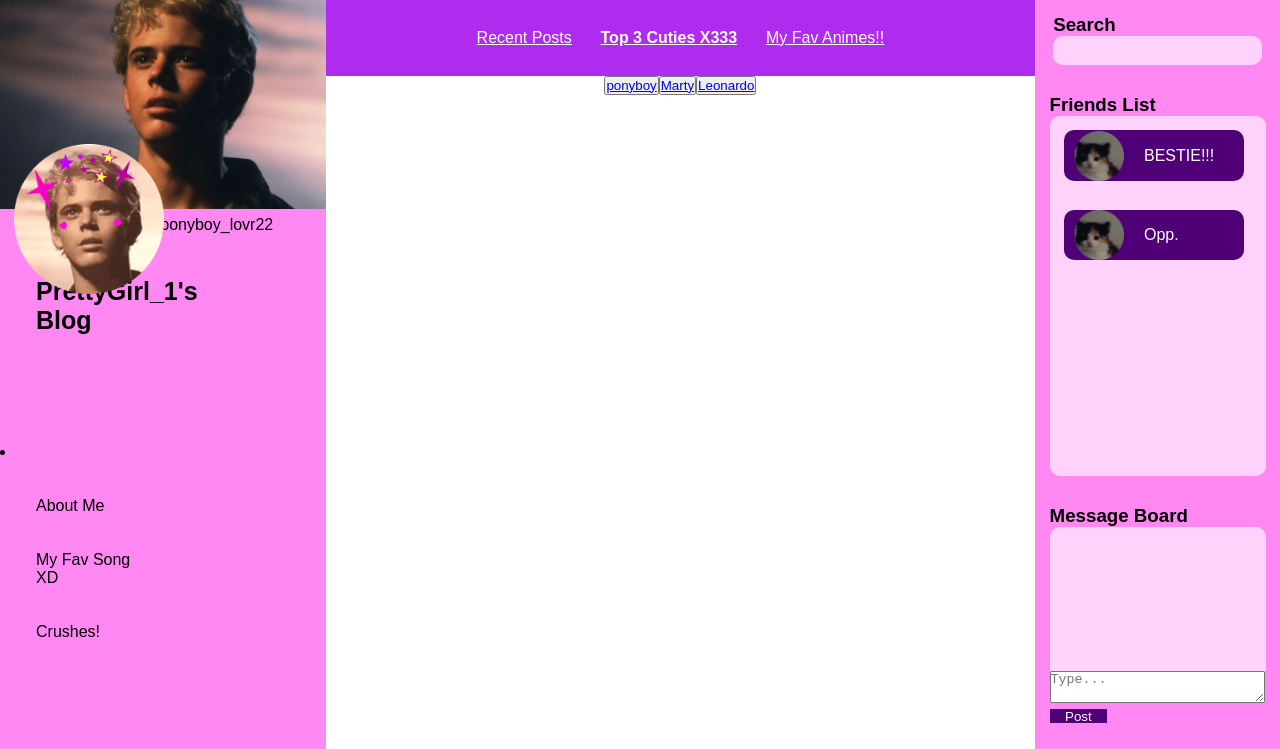
Repository: Jennica1/Frontend-Final
Page: topThree.html
The author's editor kept a copy of each file at every save. The page is drawn from the files as they stood at one save, then again after the next save.
The browser window is 1280 px wide. The pictures show the whole page.

Above is the page before, as saved 2024-05-23 12:52:19.

After the next save:
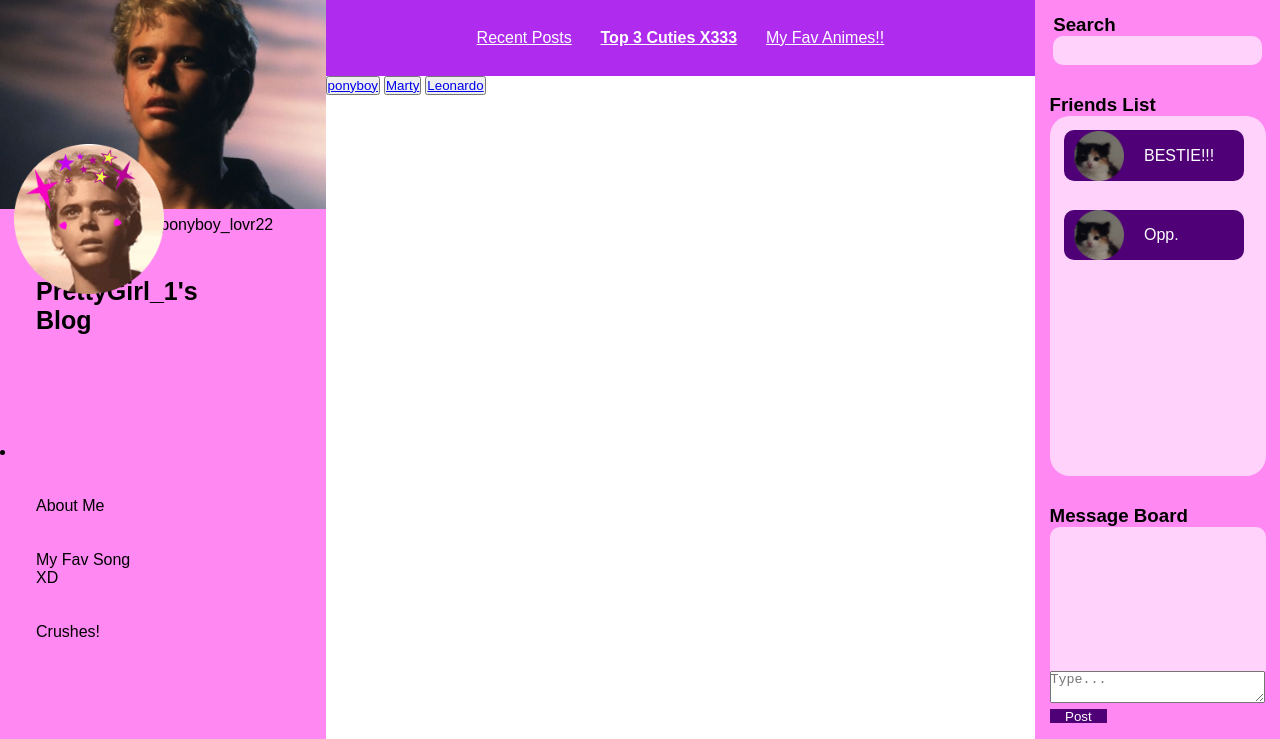
Saved 14 s later.
--- a/topThree.html
+++ b/topThree.html
@@ -5,7 +5,7 @@
   <title>My Blog!!</title>
   <meta charset="UTF-8">
   <meta name="viewport" content="width=device-width, initial-scale=1">
-  <link rel="stylesheet" href="style.css">
+  <link rel="stylesheet" href="topThree.css">
 </head>
 
 <body>
